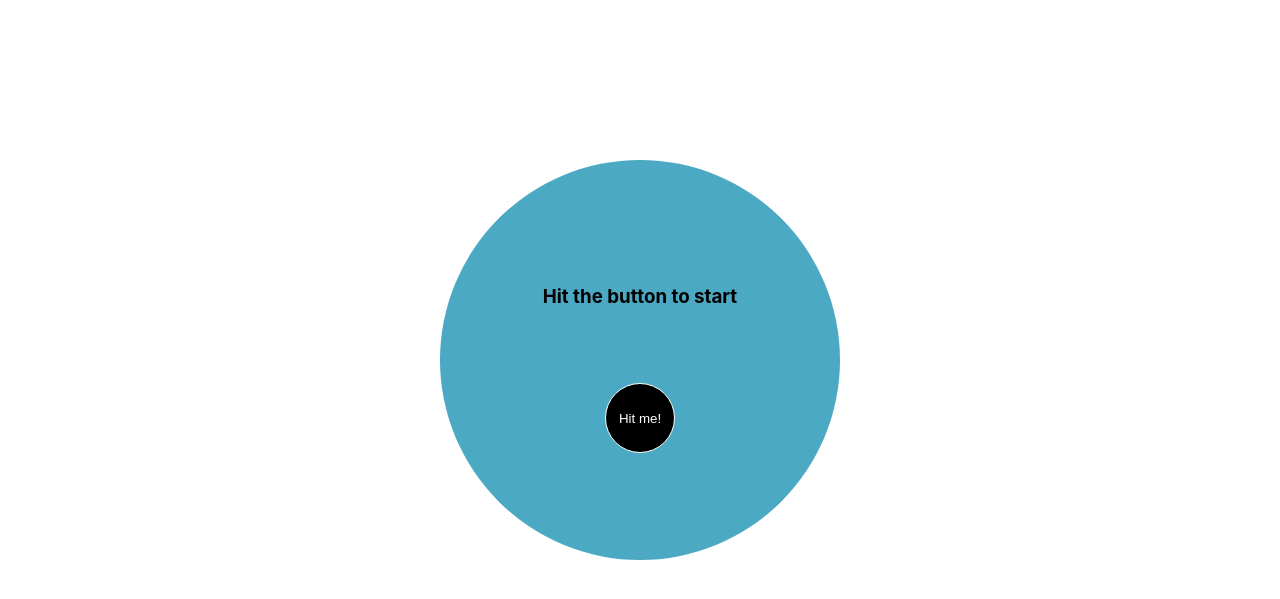
Repository: litalsh/Usless-Counter
Page: /
The author's editor kept a copy of each file at every save. The page is drawn from the files as they stood at one save, then again after the next save.
The browser window is 1280 px wide. The pictures show the whole page.
The project was rebuilt for these pictures with package versions that can differ from the ones it lists, and the page was loaded fresh each time.

Above is the page before, as saved 2021-02-22 12:30:44.

After the next save:
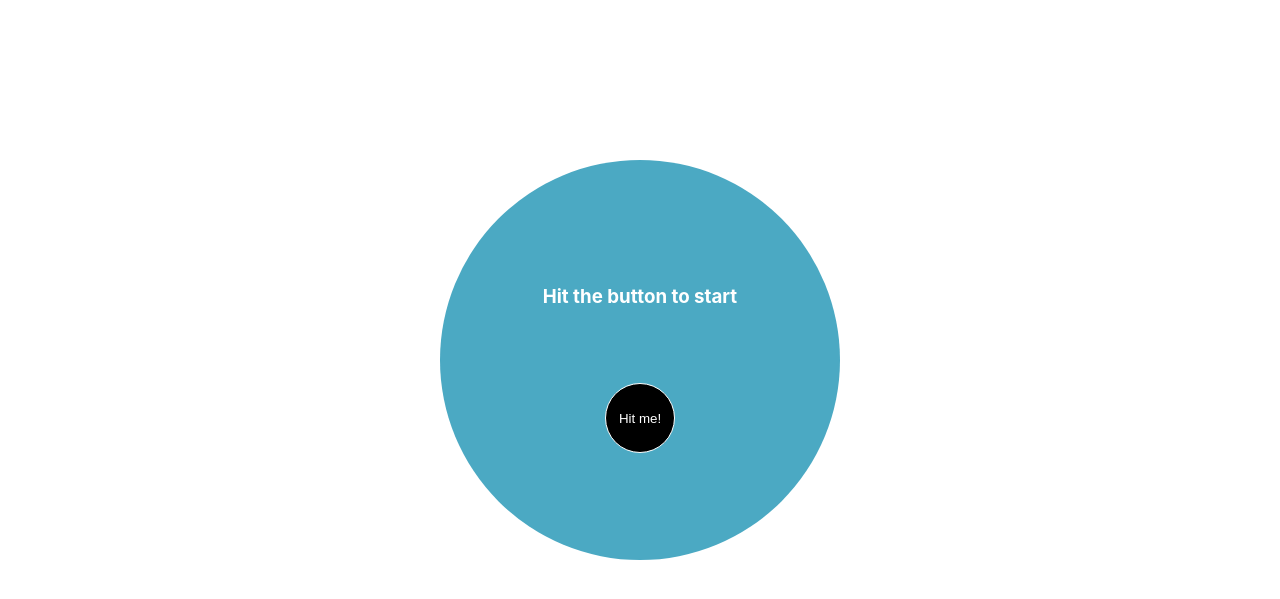
Saved 20 s later.
--- a/src/App.css
+++ b/src/App.css
@@ -21,6 +21,10 @@
   align-self: center;
 }
 
+h3 {
+  color: #fff;
+}
+
 button {
   width: 70px;
   height: 70px;
